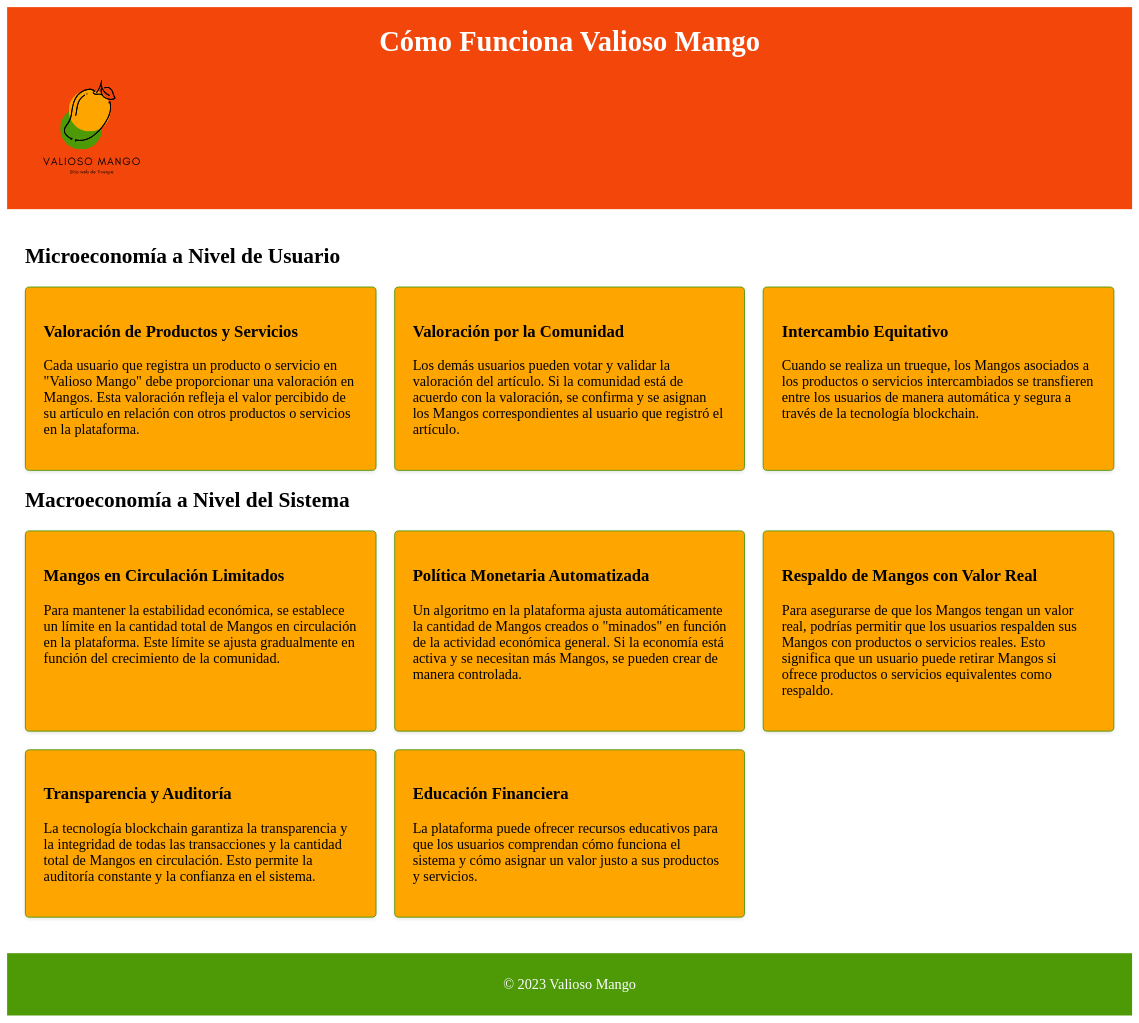
Repository: elba2612/comision23533_grupo20
Page: Pages/ComoFunciona.html
An editor plug-in stored every save of this project. The page is shown before and after the next save, followed by the edit.
The browser window is 1280 px wide. The pictures show the whole page, at 89% of full size.

Above is the page before, as saved 2023-10-20 09:42:18.

### Pages/ComoFunciona.html
<!DOCTYPE html>
<html lang="es">
<head>
    <meta charset="UTF-8">
    <meta name="viewport" content="width=device-width, initial-scale=1.0">
    <link rel="stylesheet" href="../Estilos/estiloMango.css">
    <link rel="stylesheet" href="../Estilos/estiloMango.css">
    <title>Cómo Funciona Valioso Mango</title>
</head>
<body>
    <header>
        <h1 class="Glacial">Cómo Funciona Valioso Mango</h1>
        <div class="logo">
            <a href="../index.html">
                <img src="../Sources/LogoMango.svg" class="logo" alt="Logo Mango">
            </a>
        </div>
    </header>
    <main>
        <div class="Glacial">
        <section class="microeconomia">
            <h2>Microeconomía a Nivel de Usuario</h2>
            <div class="grid-container">
                <div class="item">
                    <h3>Valoración de Productos y Servicios</h3>
                    <p>Cada usuario que registra un producto o servicio en "Valioso Mango" debe proporcionar una valoración en Mangos. Esta valoración refleja el valor percibido de su artículo en relación con otros productos o servicios en la plataforma.</p>
                </div>
                <div class="item">
                    <h3>Valoración por la Comunidad</h3>
                    <p>Los demás usuarios pueden votar y validar la valoración del artículo. Si la comunidad está de acuerdo con la valoración, se confirma y se asignan los Mangos correspondientes al usuario que registró el artículo.</p>
                </div>
                <div class="item">
                    <h3>Intercambio Equitativo</h3>
                    <p>Cuando se realiza un trueque, los Mangos asociados a los productos o servicios intercambiados se transfieren entre los usuarios de manera automática y segura a través de la tecnología blockchain.</p>
                </div>
            </div>
        </section>
        <section class="macroeconomia">
            <h2>Macroeconomía a Nivel del Sistema</h2>
            <div class="grid-container">
                <div class="item">
                    <h3>Mangos en Circulación Limitados</h3>
                    <p>Para mantener la estabilidad económica, se establece un límite en la cantidad total de Mangos en circulación en la plataforma. Este límite se ajusta gradualmente en función del crecimiento de la comunidad.</p>
                </div>
                <div class="item">
                    <h3>Política Monetaria Automatizada</h3>
                    <p>Un algoritmo en la plataforma ajusta automáticamente la cantidad de Mangos creados o "minados" en función de la actividad económica general. Si la economía está activa y se necesitan más Mangos, se pueden crear de manera controlada.</p>
                </div>
                <div class="item">
                    <h3>Respaldo de Mangos con Valor Real</h3>
                    <p>Para asegurarse de que los Mangos tengan un valor real, podrías permitir que los usuarios respalden sus Mangos con productos o servicios reales. Esto significa que un usuario puede retirar Mangos si ofrece productos o servicios equivalentes como respaldo.</p>
                </div>
                <div class="item">
                    <h3>Transparencia y Auditoría</h3>
                    <p>La tecnología blockchain garantiza la transparencia y la integridad de todas las transacciones y la cantidad total de Mangos en circulación. Esto permite la auditoría constante y la confianza en el sistema.</p>
                </div>
                <div class="item">
                    <h3>Educación Financiera</h3>
                    <p>La plataforma puede ofrecer recursos educativos para que los usuarios comprendan cómo funciona el sistema y cómo asignar un valor justo a sus productos y servicios.</p>
                </div>
            </div>
        </section>
        </div>
    </main>
    <footer>
        <p>&copy; 2023 Valioso Mango</p>
    </footer>
</body>
</html>

### Estilos/estiloMango.css


header {
    background-color: #F2460B;
    color: white;
    text-align: center;
    padding: 20px;
}

h1 {
    margin: 0;
}

main {
    padding: 20px;
}

section {
    margin-bottom: 20px;
}



.logo {
    width: 150px;
    height: 150px;
    margin-left: 0;
}
.grid-container {
    display: grid;
    grid-template-columns: repeat(auto-fit,
    minmax(300px, 1fr));
    grid-gap: 20px;
}

.item {
    background-color: #FEA500;
    padding: 20px;
    border: 1px solid #4D9906;
    border-radius: 5px;
    box-shadow: 0 2px 4px rgba(0, 0, 0, 0.1);
}

/* Estilos para dispositivos móviles */
@media (max-width: 767px) {
    .grid-container {
        grid-template-columns: 1fr;
    }
}

/* Pie de página */
footer {
    background-color: #4D9906;
    color: white;
    text-align: center;
    padding: 10px;
}

### Estilos/estilo_general.css
body {
    font-family: Arial, sans-serif;
    margin: 0;
    padding: 0;
}

.Glacial {
    font-family: "Glacial Indifference";

}

@font-face {
    font-family: "Glacial Indifference";
    src: url("../Sources/GlacialIndifference-Regular.otf");
}

After the next save:
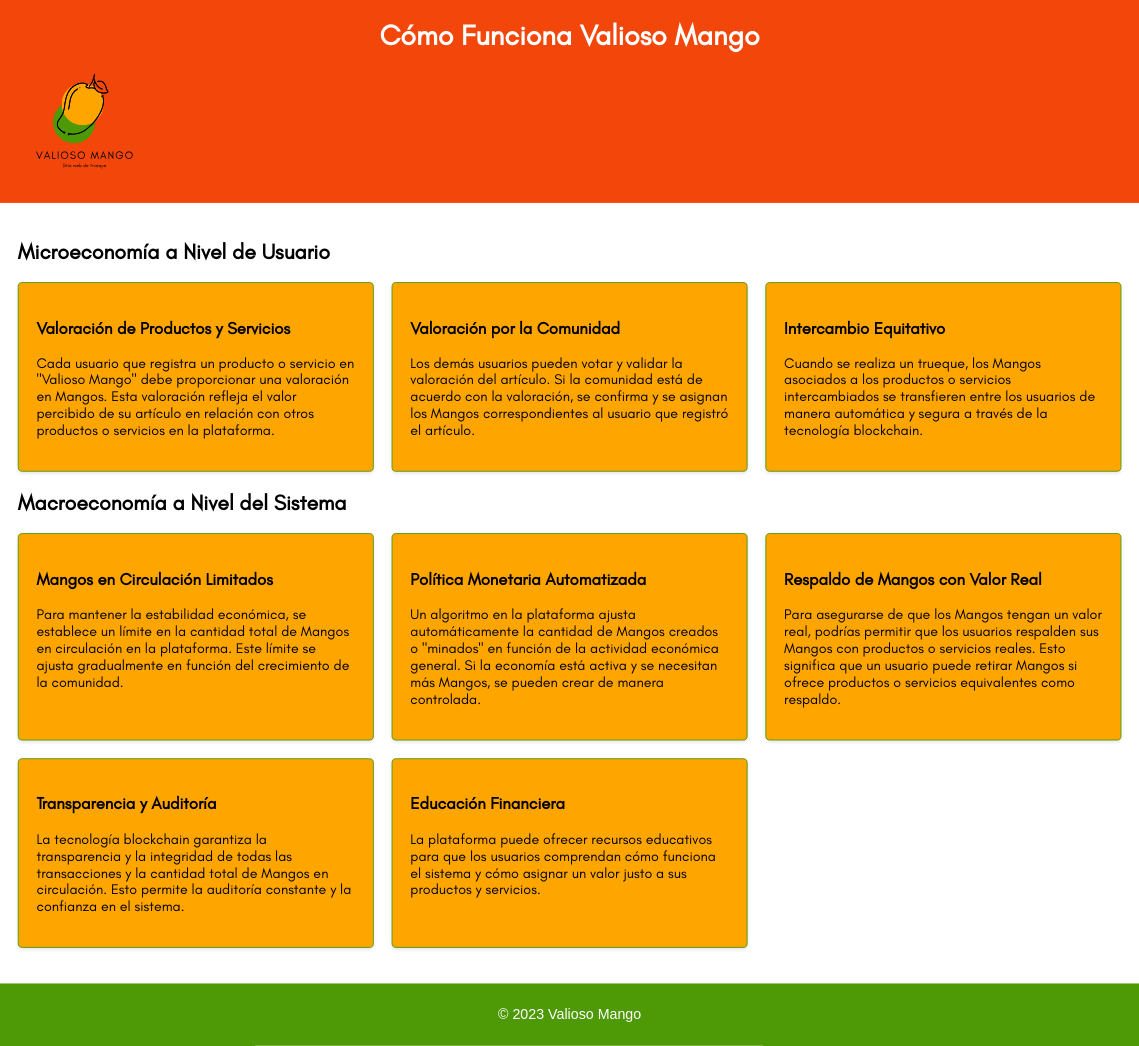
Saved 8 s later.
--- a/Pages/ComoFunciona.html
+++ b/Pages/ComoFunciona.html
@@ -3,7 +3,7 @@
 <head>
     <meta charset="UTF-8">
     <meta name="viewport" content="width=device-width, initial-scale=1.0">
-    <link rel="stylesheet" href="../Estilos/estiloMango.css">
+    <link rel="stylesheet" href="../Estilos/estilo_general.css">
     <link rel="stylesheet" href="../Estilos/estiloMango.css">
     <title>Cómo Funciona Valioso Mango</title>
 </head>

After the 2 saves that followed:
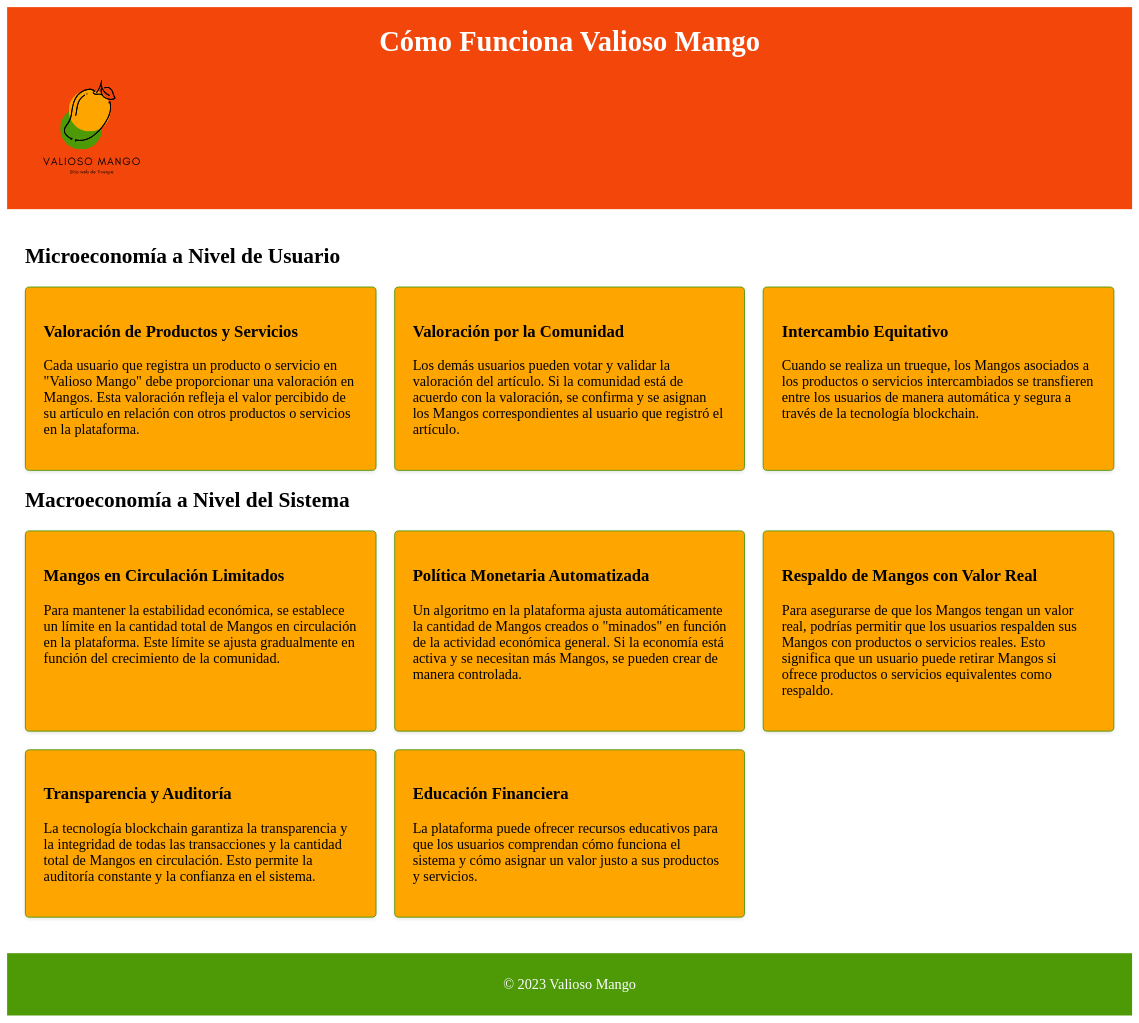
The 2 saves are shown as one change because 1 left the picture as it was.
The last was saved 115 s later.
--- a/Pages/ComoFunciona.html
+++ b/Pages/ComoFunciona.html
@@ -3,7 +3,6 @@
 <head>
     <meta charset="UTF-8">
     <meta name="viewport" content="width=device-width, initial-scale=1.0">
-    <link rel="stylesheet" href="../Estilos/estilo_general.css">
     <link rel="stylesheet" href="../Estilos/estiloMango.css">
     <title>Cómo Funciona Valioso Mango</title>
 </head>
